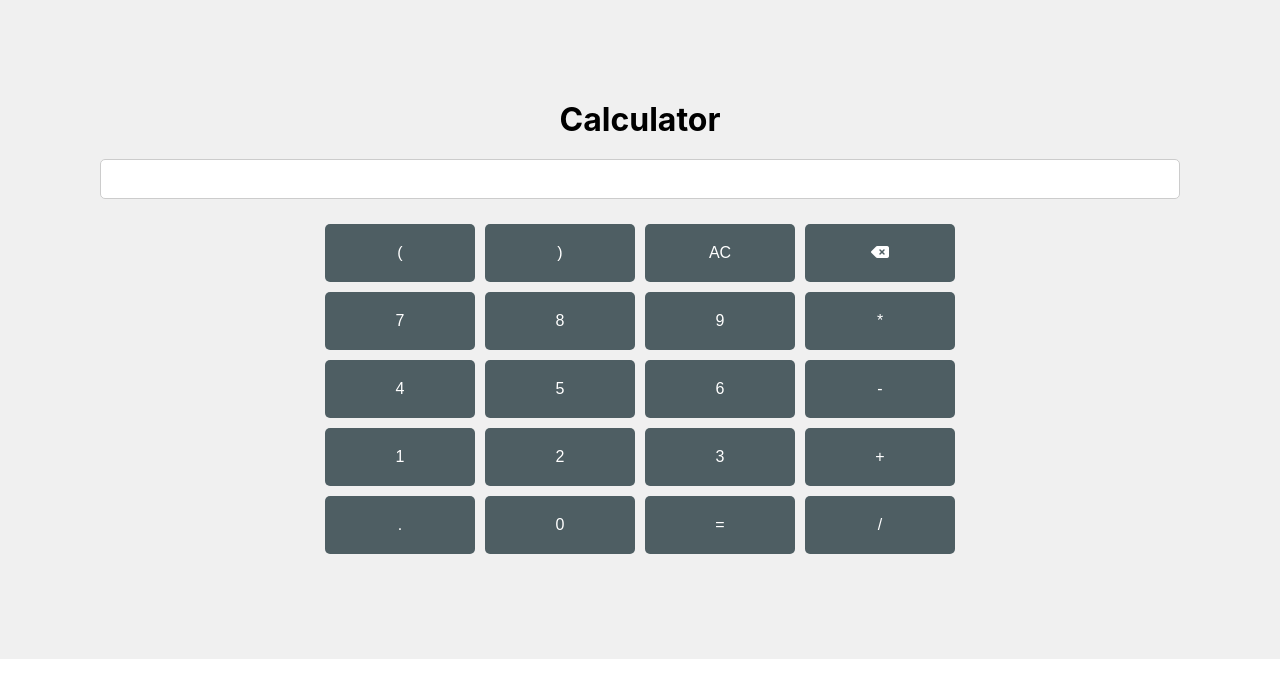
Repository: thesaherriaz/Calculator-React
Page: /
An editor plug-in stored every save of this project. The page is shown before and after a run of saves, followed by the edit.
The browser window is 1280 px wide. The pictures show the whole page.
The project was rebuilt for these pictures with package versions that can differ from the ones it lists, and the page was loaded fresh each time.

Above is the page before, as saved 2025-06-18 15:14:57.

After the next 2 saves:
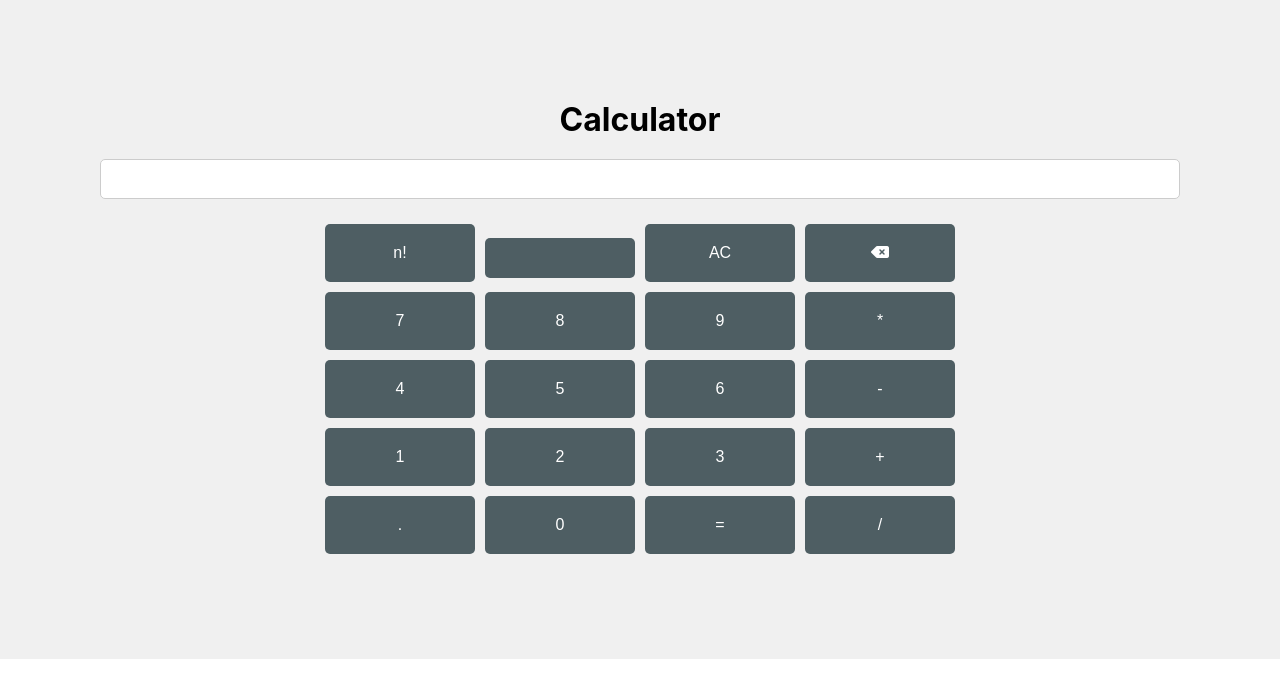
The 2 saves are shown as one change because they came seconds apart.
The last was saved 2 min 5 s later.
--- a/src/compnents/Calculator.jsx
+++ b/src/compnents/Calculator.jsx
@@ -7,8 +7,8 @@ function Calculator() {
             <h1>Calculator</h1>
             <input className='input-box' type="text" name="input" id="input" />
             <div>
-                <button className='btn-cal'>(</button>
-                <button className='btn-cal'>)</button>
+                <button className='btn-cal'>n!</button>
+                <button className='btn-cal'></button>
                 <button className='btn-cal'>AC</button>
                 <button className='btn-cal'><i class="fa-solid fa-delete-left"></i></button> <br />
                 <button className='btn-cal'>7</button>

After the 5 saves that followed:
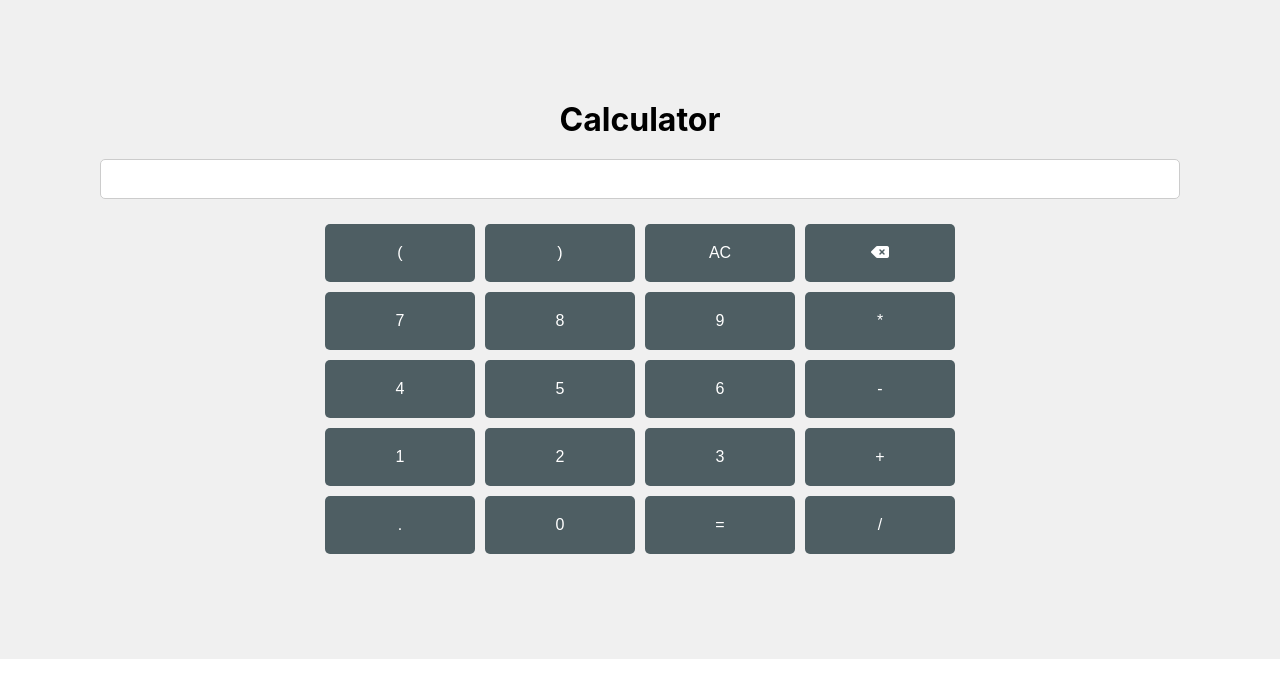
The 5 saves are shown as one change because 3 left the picture as it was and some came seconds apart.
The last was saved 107 s later.
--- a/src/compnents/Calculator.jsx
+++ b/src/compnents/Calculator.jsx
@@ -7,8 +7,8 @@ function Calculator() {
             <h1>Calculator</h1>
             <input className='input-box' type="text" name="input" id="input" />
             <div>
-                <button className='btn-cal'>n!</button>
-                <button className='btn-cal'></button>
+                <button className='btn-cal'>(</button>
+                <button className='btn-cal'>)</button>
                 <button className='btn-cal'>AC</button>
                 <button className='btn-cal'><i class="fa-solid fa-delete-left"></i></button> <br />
                 <button className='btn-cal'>7</button>
